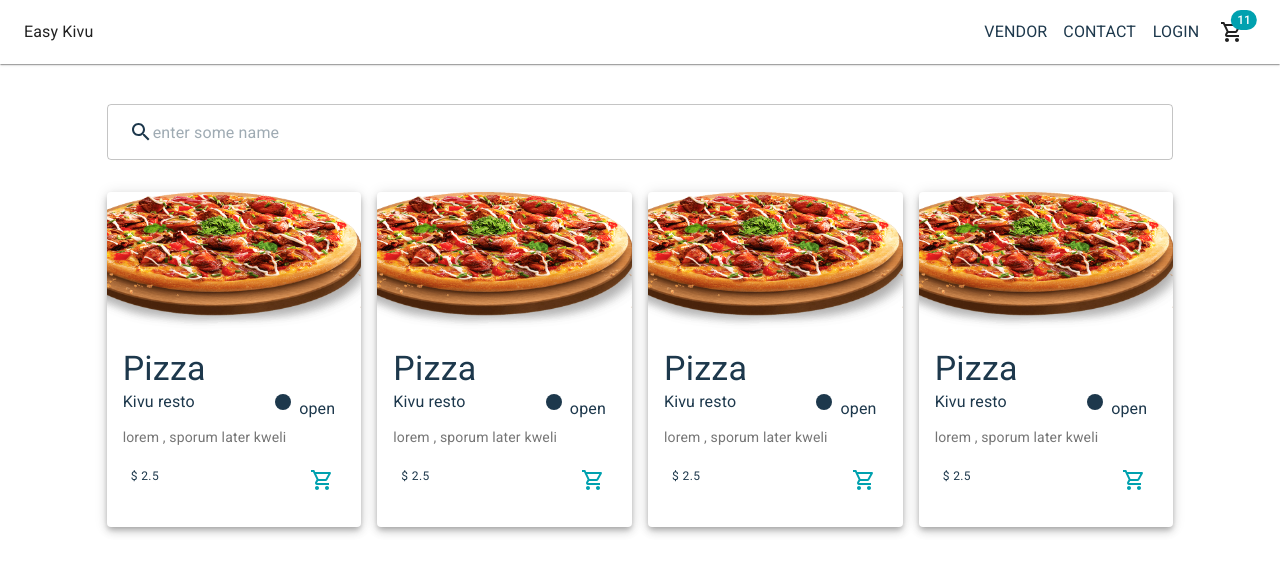
Repository: kilamaelie/jokes-dapp
Page: /
An editor plug-in stored every save of this project. The page is shown before and after the next save, followed by the edit.
The browser window is 1280 px wide. The pictures show the whole page.
The project was rebuilt for these pictures with package versions that can differ from the ones it lists, and the page was loaded fresh each time. Also part of the build but not shown: src/ui/page/dashboard/dashboard.js.

Above is the page before, as saved 2021-06-28 02:57:21.

After the next save:
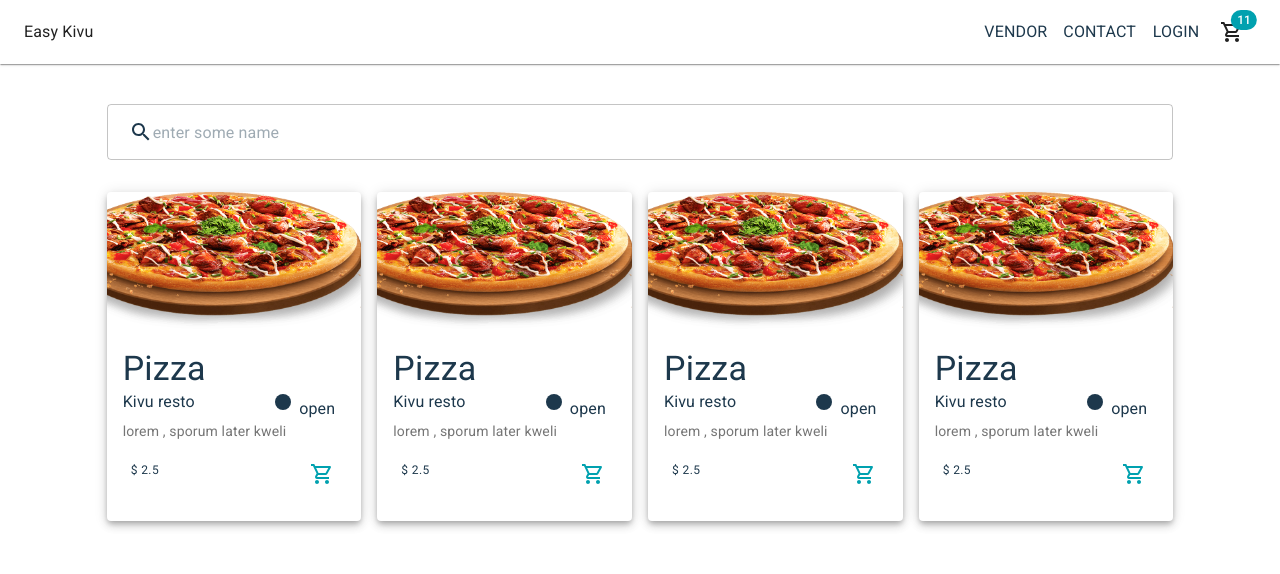
Saved 25 s later.
--- a/src/ui/page/website/screen/widget/card.js
+++ b/src/ui/page/website/screen/widget/card.js
@@ -30,7 +30,7 @@ const CardItem =()=>{
             </Typography>
               </Grid>
              < Grid item xs={4} sm={4}>
-              <Typography gutterBottom  component="h2" >
+              <Typography>
              <FiberManualRecordIcon/> open
             </Typography>
               </Grid>
